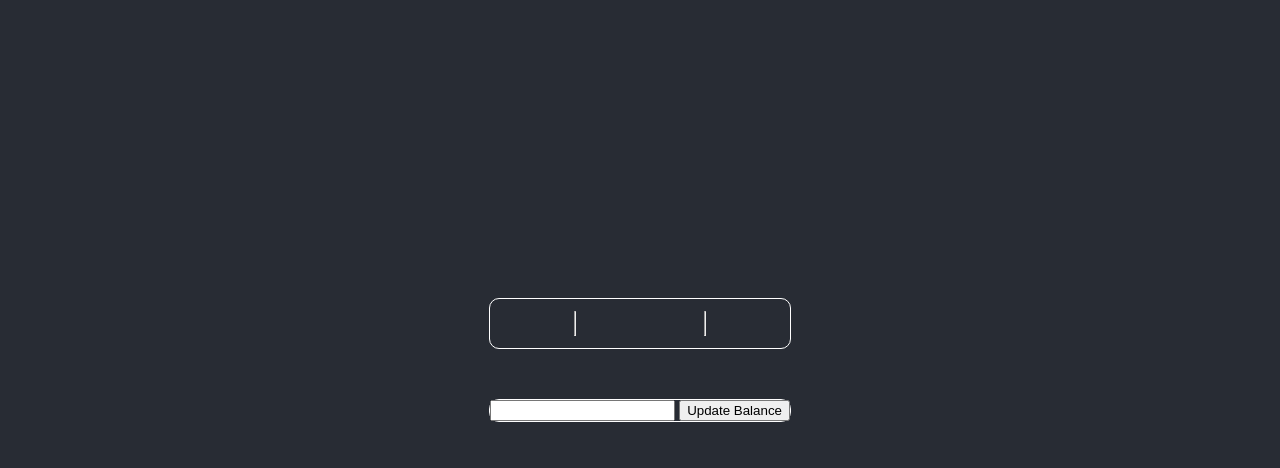
Repository: bandikost/capers
Page: /main
An editor plug-in stored every save of this project. The page is shown before and after the next save, followed by the edit.
The browser window is 1280 px wide. The pictures show the whole page.
The page's requests for data from a server got no answer. The project was rebuilt for these pictures with package versions that can differ from the ones it lists, and the page was loaded fresh each time. No one was signed in, and anything a server would have sent is missing.

Above is the page before, as saved 2023-04-10 12:01:17.

### src/App.js
import logo from './logo.svg';
import './App.css';
import { BrowserRouter, Routes, Route } from "react-router-dom";
import Main from './components/Main';


function App() {
  return (
    <div className="App">
      <header className="App-header">
      <BrowserRouter >
        <Routes>
            <Route path='/main' element={<Main />}/>
        </Routes>
      </BrowserRouter>
      </header>
    </div>
  );
}

export default App;

### src/App.css
.App {
  text-align: center;
}

.App-logo {
  height: 40vmin;
  pointer-events: none;
}


.App-header {
  background-color: #282c34;
  min-height: 100vh;
  display: flex;
  flex-direction: column;
  align-items: center;
  justify-content: center;
  font-size: calc(10px + 2vmin);
  color: white;
}

.App-link {
  color: #61dafb;
}


.table {
  height: auto;
  margin: 0 auto 0;
}

.cell {
  border: 1px solid white;
  border-radius: 10px;
  width: 300px;
  margin: 50px 0px;
  display: flex;
  justify-content: space-between;
}

.cell p {
  padding: 0 20px;
}

### src/components/Main.jsx
import React, { useState, useEffect } from 'react';
import firebase from '../firebase';

const Main = () => {
  const [name, setName] = useState({});
  const [balance, setBalance] = useState({});
  const [lastBalance, setLastBalance] = useState(0);
  const [newBalance, setNewBalance] = useState('');

  useEffect(() => {
    const nameRef = firebase.database().ref('name');
    nameRef.on('value', (snapshot) => {
      const data = snapshot.val();
      setName(data);
    });

    const balanceRef = firebase.database().ref('balance');
    balanceRef.on('value', (snapshot) => {
      const data = snapshot.val();
      setBalance(data);
      setLastBalance(data.user1);
    });
  }, []);

  const handleBalanceChange = (e) => {
    const value = e.target.value;
    const diff = value - balance.user1;
    const newLastBalance = value - diff; // calculate the new last balance

    firebase.database().ref('balance').update({
      user1: value,
      lastBalance: newLastBalance // use the new last balance
    });

    setBalance({
      ...balance,
      user1: value
    });
    setLastBalance(newLastBalance);
  };

  const handleBalanceUpdate = () => {
    const balanceRef = firebase.database().ref("balance");
    balanceRef.update({
      user1: parseInt(newBalance),
      lastBalance: balance.user1,
    });
  };


  return (
    <div className="table">
      <div className="cell">
        <p>{name.user1}</p>
        <hr />
        <p>{balance.user1}</p>
        <hr />
        <p>
          {lastBalance !== 0 &&
            (lastBalance > balance.user1 ? '-' : '+') +
              Math.abs(lastBalance - balance.user1)}
        </p>
      </div>
      <div className="cell">
        <input
          type="number"
          value={newBalance}
          onChange={handleBalanceChange}
        />
        <button onClick={handleBalanceUpdate}>Update Balance</button>
      </div>
    </div>
  );
};

export default Main;

### src/firebase.js

import "firebase/database";
import firebase from "firebase/compat/app";
import "firebase/compat/database";
import { getAuth } from "firebase/auth";
import { getFirestore } from "firebase/firestore";
import { getStorage, ref } from "firebase/storage";


const firebaseConfig = {
    apiKey: "AIzaSyBp1x8lQCSbuPwbK_sXJ7eGkGpN9c7ONY8",
    authDomain: "capers-a3171.firebaseapp.com",
    databaseURL: "https://capers-a3171-default-rtdb.europe-west1.firebasedatabase.app",
    projectId: "capers-a3171",
    storageBucket: "capers-a3171.appspot.com",
    messagingSenderId: "794243042023",
    appId: "1:794243042023:web:668504b8bdcbe9b7c63042",
    measurementId: "G-7YW48MQCSP"
  };

firebase.initializeApp(firebaseConfig);

export const auth = getAuth();
export const storage = getStorage()
export const db = getFirestore();
export default firebase;

Loaded but not shown: public/index.html (common file); src/index.js (common file); src/index.css (common file); src/reportWebVitals.js (common file)

After the next save:
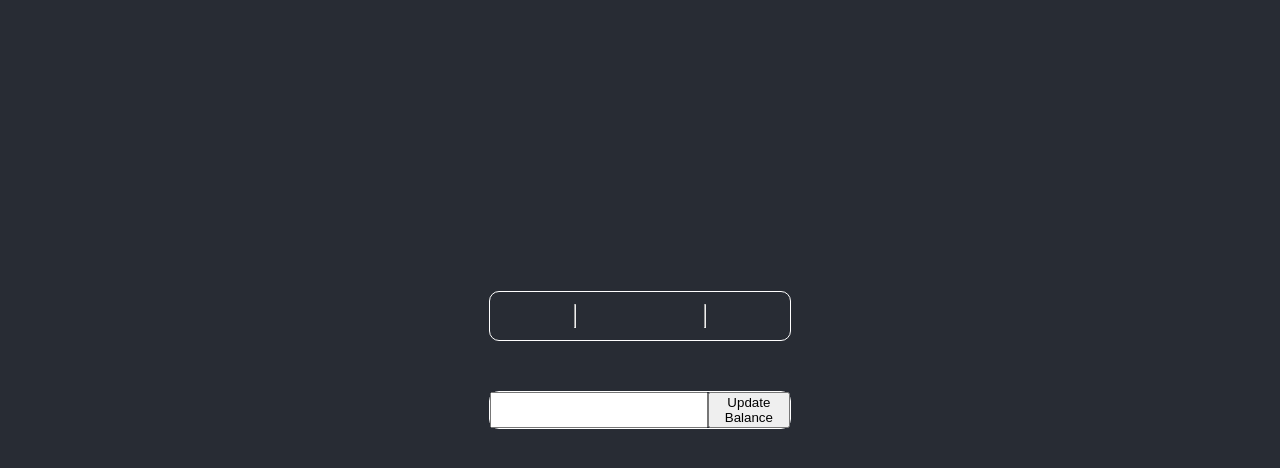
Saved 118 s later.
--- a/src/components/Main.jsx
+++ b/src/components/Main.jsx
@@ -25,11 +25,11 @@ const Main = () => {
   const handleBalanceChange = (e) => {
     const value = e.target.value;
     const diff = value - balance.user1;
-    const newLastBalance = value - diff; // calculate the new last balance
+    const newLastBalance = value;
 
     firebase.database().ref('balance').update({
       user1: value,
-      lastBalance: newLastBalance // use the new last balance
+      lastBalance: lastBalance + diff
     });
 
     setBalance({
@@ -40,13 +40,13 @@ const Main = () => {
   };
 
   const handleBalanceUpdate = () => {
-    const balanceRef = firebase.database().ref("balance");
+    const balanceRef = firebase.database().ref('balance');
     balanceRef.update({
       user1: parseInt(newBalance),
       lastBalance: balance.user1,
     });
+    setNewBalance('');
   };
-
 
   return (
     <div className="table">
@@ -65,7 +65,8 @@ const Main = () => {
         <input
           type="number"
           value={newBalance}
-          onChange={handleBalanceChange}
+          onChange={(e) => setNewBalance(e.target.value)}
+          style={{ width: '100%' }}
         />
         <button onClick={handleBalanceUpdate}>Update Balance</button>
       </div>
